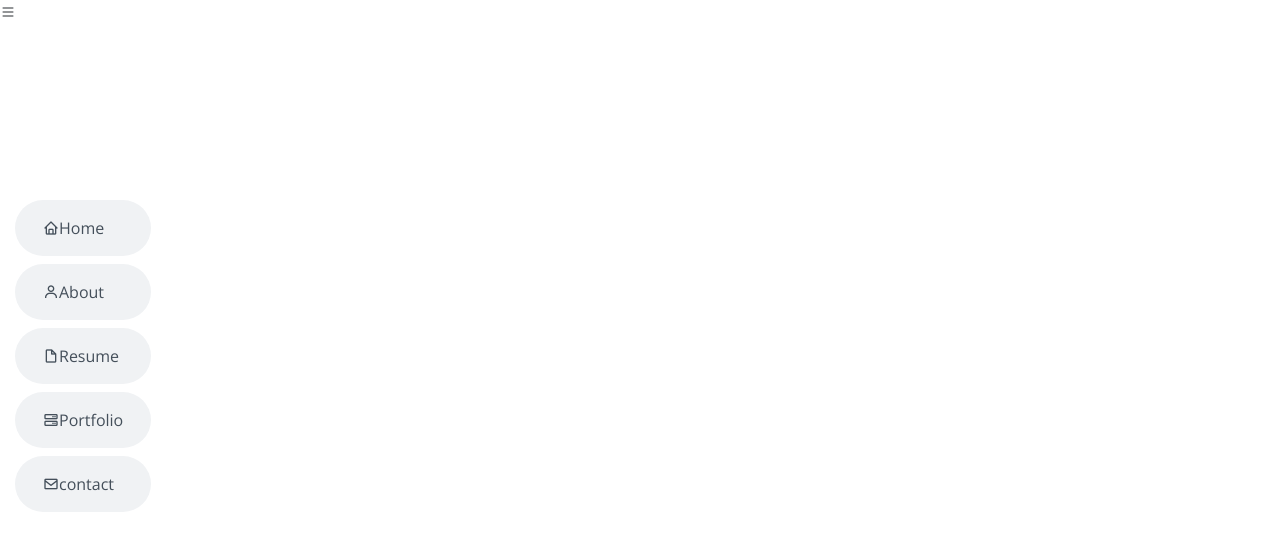
Repository: khainguyen2003/bootstrapmade
Page: header/verticalHeader/index.html
These files come from the project's save history. The page is drawn as it stood at one moment and after the next save; the edit follows.
The browser window is 1280 px wide. The pictures show the whole page.

Above is the page before, as saved 2023-01-09 23:52:41.

### header/verticalHeader/index.html
<!DOCTYPE html>
<html lang="en">
  <head>
    <meta charset="UTF-8" />
    <meta http-equiv="X-UA-Compatible" content="IE=edge" />
    <meta name="viewport" content="width=device-width, initial-scale=1.0" />
    <title>My Resume Menu</title>
    <meta content="" name="description" />
    <meta content="" name="keywords" />

    <!-- Google Fonts -->
    <link
      href="https://fonts.googleapis.com/css?family=Open+Sans:300,300i,400,400i,600,600i,700,700i|Raleway:300,300i,400,400i,500,500i,600,600i,700,700i|Poppins:300,300i,400,400i,500,500i,600,600i,700,700i"
      rel="stylesheet"
    />

    <!-- Vendor CSS files -->
    <link rel="stylesheet" href="../../assets/vendor/aos/aos.css" />
    <link
      rel="stylesheet"
      href="../../assets/vendor/bootstrap-icons/bootstrap-icons.css"
    />
    <link
      rel="stylesheet"
      href="../../assets/vendor/bootstrap/css/bootstrap.min.css"
    />
    <link
      rel="stylesheet"
      href="../../assets/vendor/boxicons/css/boxicons.min.css"
    />
    <link
      rel="stylesheet"
      href="../../assets/vendor/glightbox/css/glightbox.min.css"
    />
    <link rel="stylesheet" href="../../assets/vendor/remixicon/remixicon.css" />
    <link
      rel="stylesheet"
      href="../../assets/vendor/swiper/swiper-bundle.min.css"
    />

    <!-- Page CSS file -->
    <link rel="stylesheet" href="style.css" />
  </head>
  <body>
    <!-- ====================== Header ===================== -->
    <i class="bi bi-list mobile-nav-toggle"></i>
    <header
      id="header"
      class="header d-flex flex-column justify-content-center"
    >
      <nav id="navbar" class="navbar nav-menu">
        <ul>
          <li>
            <a href="#hero" class="nav-link scrollto active">
              <i class="bx bx-home"></i> <span>Home</span>
            </a>
          </li>
          <li>
            <a href="#about" class="nav-link scrollto">
              <i class="bx bx-user"></i> <span>About</span>
            </a>
          </li>
          <li>
            <a href="#resume" class="nav-link scrollto">
              <i class="bx bx-file-blank"></i> <span>Resume</span>
            </a>
          </li>
          <li>
            <a href="#portfolio" class="nav-link scrollto">
              <i class="bx bx-server"></i> <span>Portfolio</span>
            </a>
          </li>
          <li>
            <a href="#contact" class="nav-link scrollto">
              <i class="bx bx-envelope"></i> <span>contact</span>
            </a>
          </li>
        </ul>
      </nav>
    </header>

    <script src="../../assets/vendor/aos/aos.js"></script>
    <script src="../../assets/vendor/bootstrap/js/bootstrap.bundle.min.js"></script>
    <script src="../../assets/vendor/glightbox/js/glightbox.min.js"></script>
    <script src="../../assets/vendor/isotope-layout/isotope.pkgd.min.js"></script>
    <script src="../../assets/vendor/php-email-form/validate.js"></script>
    <script src="../../assets/vendor/swiper/swiper-bundle.min.js"></script>
    <script src="../../assets/vendor/waypoints/noframework.waypoints.js"></script>

    <script src="main.js"></script>
  </body>
</html>

### header/verticalHeader/style.css
body {
  font-family: "Open Sans", sans-serif;
}
h1,
h2,
h3,
h4,
h5 {
  font-family: "Raleway", sans-serif;
}
a {
  color: hsl(209, 95%, 38%);
  text-decoration: none;
}
a:hover {
  color: hsl(209, 95%, 48%);
  text-decoration: none;
}

/*--------------------------------------------------------------
# Disable aos animation delay on mobile devices
--------------------------------------------------------------*/
@media screen and (max-width: 768px) {
  [data-aos-delay] {
    transition-delay: 0 !important;
  }
}

/* --------------------------------------------------------------
# Header
---------------------------------------------------------------- */
#header {
  position: fixed;
  top: 0;
  left: 0;
  bottom: 0;
  z-index: 1000;
  transition: all 0.3s;
  padding: 15px;
  overflow-y: hidden;
}
@media (max-width: 991px) {
  #header {
    width: 300px;
    background: #fff;
    border-right: 1px solid hsl(209, 14%, 79%);
    left: -300px;
  }
}
.nav-menu {
  padding: 0;
}
.nav-menu * {
  padding: 0;
  margin: 0;
  list-style: none;
}
.nav-menu > ul > li {
  white-space: nowrap;
}
.nav-menu ul li a,
.nav-menu ul li a:focus {
  display: flex;
  align-items: center;
  padding: 10px 28px;
  height: 56px;
  width: 100%;
  margin-bottom: 8px;
  color: hsl(210, 14%, 31%);
  background: hsl(220, 14%, 95%);
  border-radius: 50px;
  overflow: hidden;
  transition: 0.3s;
}

### header/verticalHeader/main.js
(function () {
  "use strict";

  const select = (el, all = false) => {
    el = el.trim();
    if (all) {
      return [...document.querySelectorAll(el)];
    } else {
      return document.querySelector(el);
    }
  };

  const on = (type, el, listener, all = false) => {
    let selectEl = select(el, all);
    if (selectEl) {
      if (all) {
        selectEl.forEach((e) => e.addEventListener(type, listener));
      } else {
        selectEl.addEventListener(type, listener);
      }
    }
  };

  const onsroll = (el, listener) => {
    el.addEventListener("scroll", listener);
  };

  window.addEventListener("load", function () {
    AOS.init({
      duration: 1000,
      easing: "ease-in-out",
      once: true,
      mirror: false,
    });
  });
})();

Loaded but not shown: assets/vendor/aos/aos.css (library); assets/vendor/bootstrap-icons/bootstrap-icons.css (library); assets/vendor/bootstrap/css/bootstrap.min.css (library); assets/vendor/boxicons/css/boxicons.min.css (library); assets/vendor/glightbox/css/glightbox.min.css (library); assets/vendor/remixicon/remixicon.css (library); assets/vendor/swiper/swiper-bundle.min.css (library); assets/vendor/aos/aos.js (library); assets/vendor/bootstrap/js/bootstrap.bundle.min.js (library); assets/vendor/glightbox/js/glightbox.min.js (library); assets/vendor/isotope-layout/isotope.pkgd.min.js (library); assets/vendor/php-email-form/validate.js (common file); assets/vendor/swiper/swiper-bundle.min.js (library); assets/vendor/waypoints/noframework.waypoints.js (library)

After the next save:
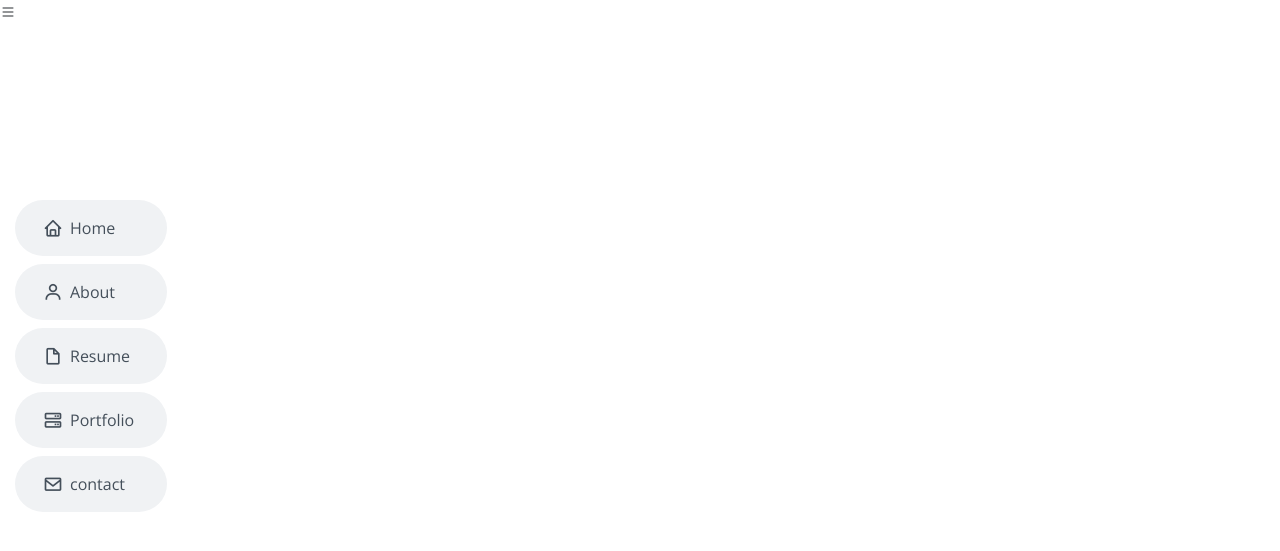
Saved 37 s later.
--- a/header/verticalHeader/style.css
+++ b/header/verticalHeader/style.css
@@ -72,3 +72,13 @@ a:hover {
   overflow: hidden;
   transition: 0.3s;
 }
+.nav-menu a i,
+.nav-menu a:focus i {
+  font-size: 20px;
+}
+
+.nav-menu a span,
+.nav-menu a:focus span {
+  padding: 0 5px 0 7px;
+  color: hsl(210, 14%, 31%);
+}
